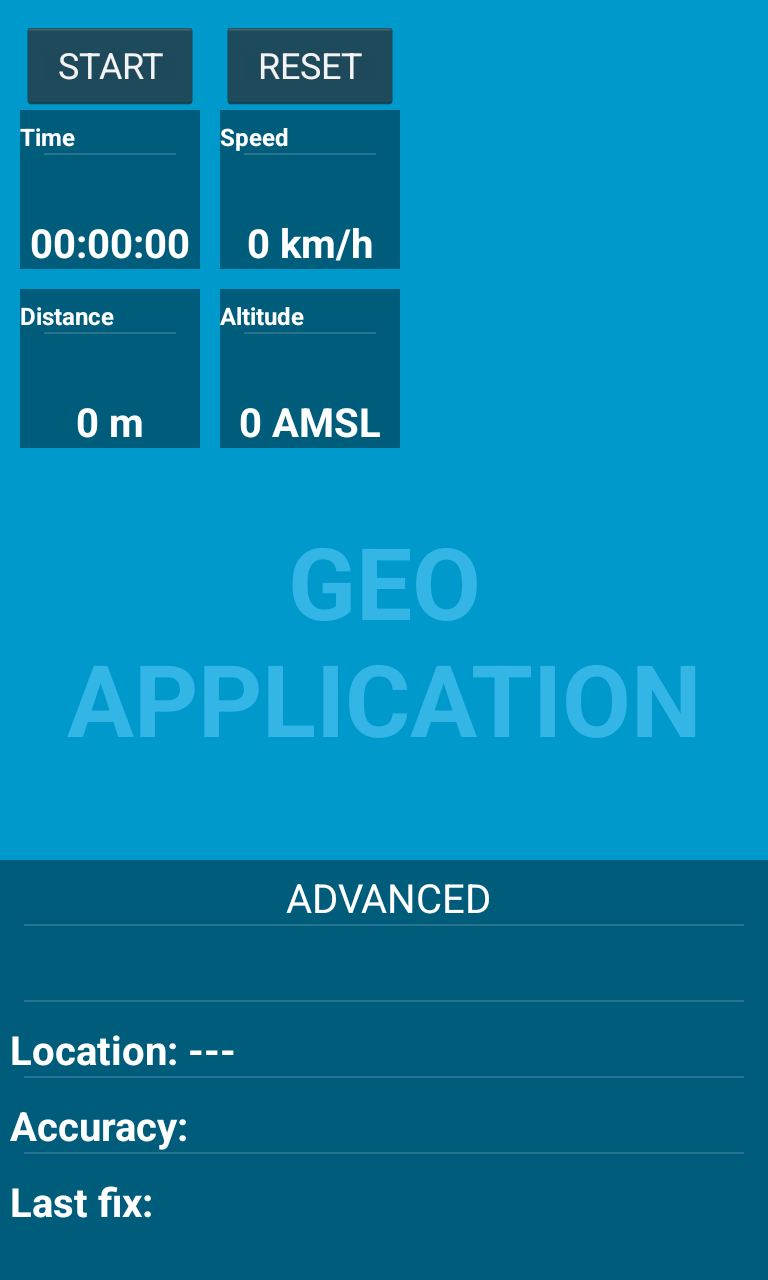
Repository: sebastianR1001/GeoApplication
Layout: GeoApplication/res/layout/activity_fullscreen.xml
The author's editor kept a copy of each file at every save. The layout is drawn from the files as they stood at one save, then again after the next save.
It is drawn on a 768 x 1280 px phone screen (xhdpi) without system bars, with theme FullscreenTheme; the app's code is not run.

Above is the layout before, as saved 2014-10-24 18:12:23.

After the next save:
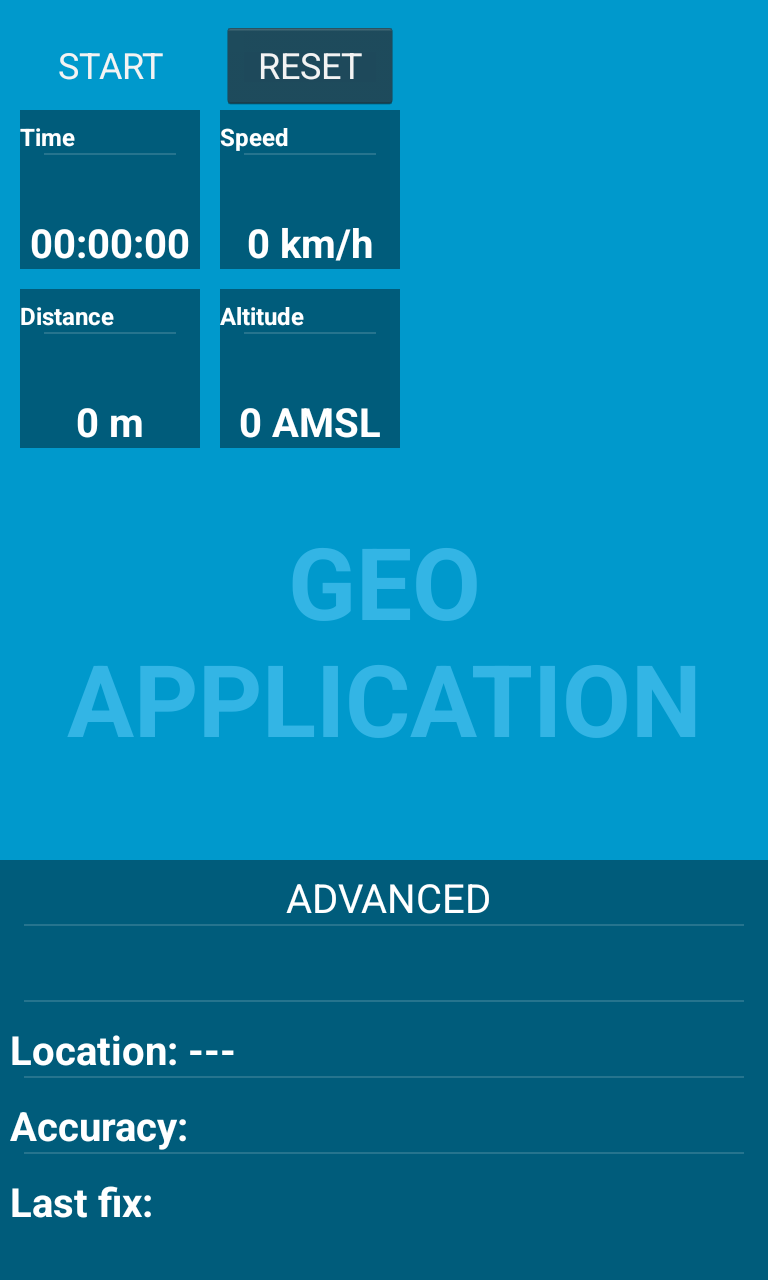
Saved 2 min 5 s later.
--- a/GeoApplication/res/layout/activity_fullscreen.xml
+++ b/GeoApplication/res/layout/activity_fullscreen.xml
@@ -36,6 +36,7 @@
 
             <Button
 		        android:id="@+id/startButton"
+		        android:style="?android:attr/buttonBarButtonStyle"
 		        android:layout_width="90dp"
 		        android:layout_height="45dp"
 		        android:text="@string/startButton" />

After the save that followed:
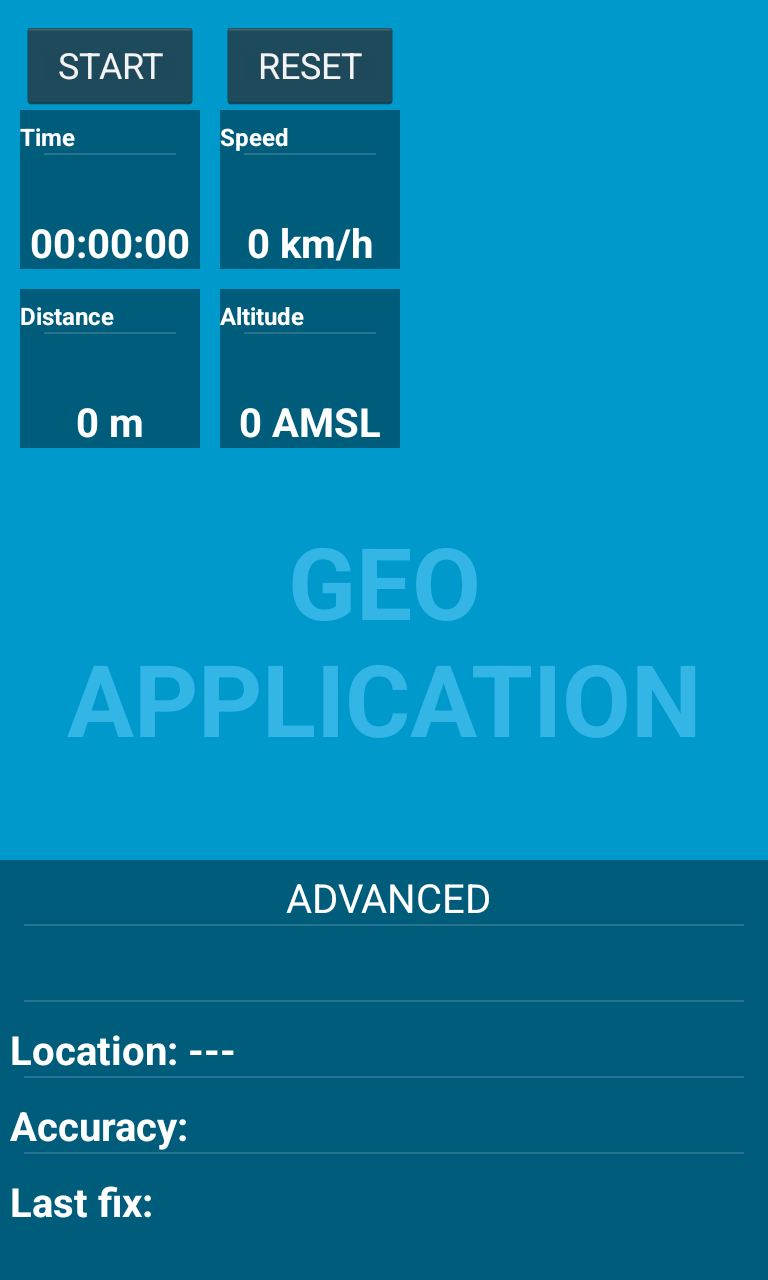
Saved 2 min 23 s later.
--- a/GeoApplication/res/layout/activity_fullscreen.xml
+++ b/GeoApplication/res/layout/activity_fullscreen.xml
@@ -36,7 +36,6 @@
 
             <Button
 		        android:id="@+id/startButton"
-		        android:style="?android:attr/buttonBarButtonStyle"
 		        android:layout_width="90dp"
 		        android:layout_height="45dp"
 		        android:text="@string/startButton" />
